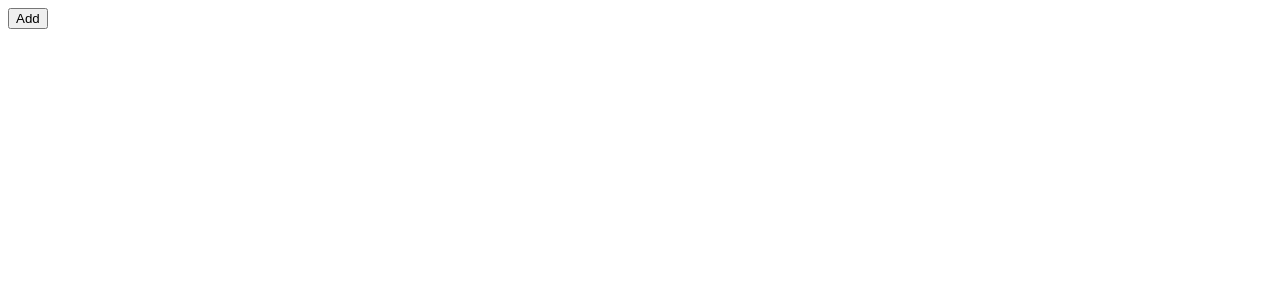
Repository: Haakim19/JavaScript
Page: Questions/Question01.html
The author's editor kept a copy of each file at every save. The page is drawn from the files as they stood at one save, then again after the next save.
The browser window is 1280 px wide. The pictures show the whole page.
After loading, the first visible `button` was clicked once.

Above is the page before, as saved 2024-10-14 18:00:06.
Console error: ReferenceError: h1 is not defined

### Questions/Question01.html
<!-- <!DOCTYPE html>
<html lang="en">
<head>
    <meta charset="UTF-8">
    <meta name="viewport" content="width=device-width, initial-scale=1.0">
    <title>Question - 01</title>
</head>
<body>
    <input id="inputBox" onkeyup="output()">
    <h1 id="result"></h1>
    <script>
        var input = document.getElementById('inputBox');
        var result = document.getElementById('result');
        function output(){
            result.textContent = input.value;
        }
    </script>
</body>
</html> -->



<!DOCTYPE html>
<html lang="en">
<head>
    <meta charset="UTF-8">
    <meta name="viewport" content="width=device-width, initial-scale=1.0">
    <title>Question - 02</title>
</head>
<body>
    <button onclick="update()">Add</button>
    <div id="result"></div>
    <script>
        var div = document.getElementById('result');
        function update(){
            h1.append ('hello');

        }
    </script>
</body>
</html>

After the next save:
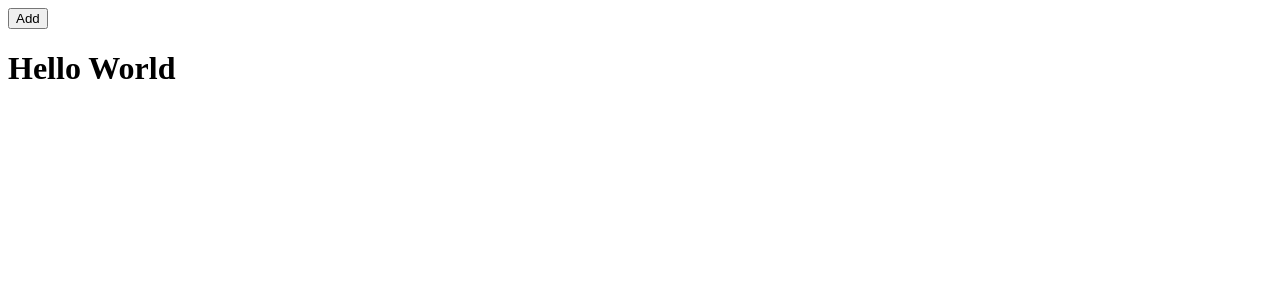
The error is gone.
Saved 92 s later.
--- a/Questions/Question01.html
+++ b/Questions/Question01.html
@@ -33,7 +33,9 @@
     <script>
         var div = document.getElementById('result');
         function update(){
-            h1.append ('hello');
+            var h1 = document.createElement('h1');
+            h1.textContent = 'Hello World';
+            div.append (h1);
 
         }
     </script>
